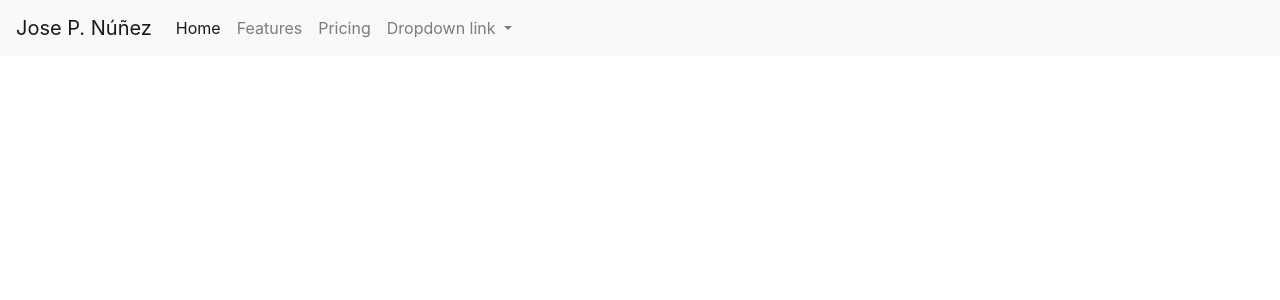
Repository: Hrotgarion1/jose
Page: index.html
An editor plug-in stored every save of this project. The page is shown before and after the next save, followed by the edit.
The browser window is 1280 px wide. The pictures show the whole page.

Above is the page before, as saved 2020-09-29 14:55:01.

### index.html
<!DOCTYPE html>
<html lang="en">
<head>
    <meta charset="UTF-8">
    <meta name="viewport" content="width=device-width, user-scalable=no, initial-scale=1.0, maximum-scale=1.0, minimum-scale=1.0">
    <title>josenunez.eu</title>
    <link rel="stylesheet" href="css/bootstrap.min.css">
</head>
<body>

    <nav class="navbar navbar-expand-lg navbar-light bg-light">
        <a class="navbar-brand" href="#">Jose P. Núñez</a>
        <button class="navbar-toggler" type="button" data-toggle="collapse" data-target="#navbarNavDropdown" aria-controls="navbarNavDropdown" aria-expanded="false" aria-label="Toggle navigation">
          <span class="navbar-toggler-icon"></span>
        </button>

        <div class="collapse navbar-collapse" id="navbarNavDropdown">
          <ul class="navbar-nav">
            <li class="nav-item active">
              <a class="nav-link" href="#">Home <span class="sr-only">(current)</span></a>
            </li>
            <li class="nav-item">
              <a class="nav-link" href="#">Features</a>
            </li>
            <li class="nav-item">
              <a class="nav-link" href="#">Pricing</a>
            </li>
            <li class="nav-item dropdown">
              <a class="nav-link dropdown-toggle" href="#" id="navbarDropdownMenuLink" role="button" data-toggle="dropdown" aria-haspopup="true" aria-expanded="false">
                Dropdown link
              </a>
              <div class="dropdown-menu" aria-labelledby="navbarDropdownMenuLink">
                <a class="dropdown-item" href="#">Action</a>
                <a class="dropdown-item" href="#">Another action</a>
                <a class="dropdown-item" href="#">Something else here</a>
              </div>
            </li>
          </ul>
        </div>
      </nav>

    <script src="js/jquery-3.5.1.min.js"></script>
    <script src="js/bootstrap.min.js"></script>



</body>
</html>

Loaded but not shown: css/bootstrap.min.css (library); js/jquery-3.5.1.min.js (library); js/bootstrap.min.js (library)

After the next save:
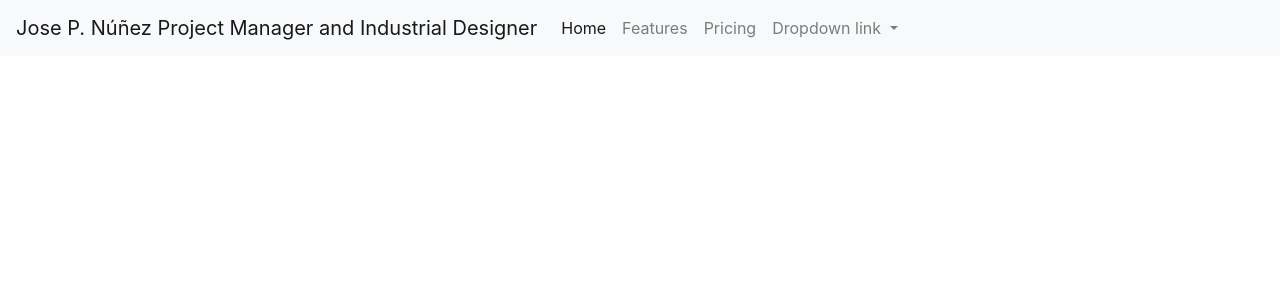
Saved 60 s later.
--- a/index.html
+++ b/index.html
@@ -9,7 +9,7 @@
 <body>
 
     <nav class="navbar navbar-expand-lg navbar-light bg-light">
-        <a class="navbar-brand" href="#">Jose P. Núñez</a>
+        <a class="navbar-brand" href="#">Jose P. Núñez Project Manager and Industrial Designer</a>
         <button class="navbar-toggler" type="button" data-toggle="collapse" data-target="#navbarNavDropdown" aria-controls="navbarNavDropdown" aria-expanded="false" aria-label="Toggle navigation">
           <span class="navbar-toggler-icon"></span>
         </button>
